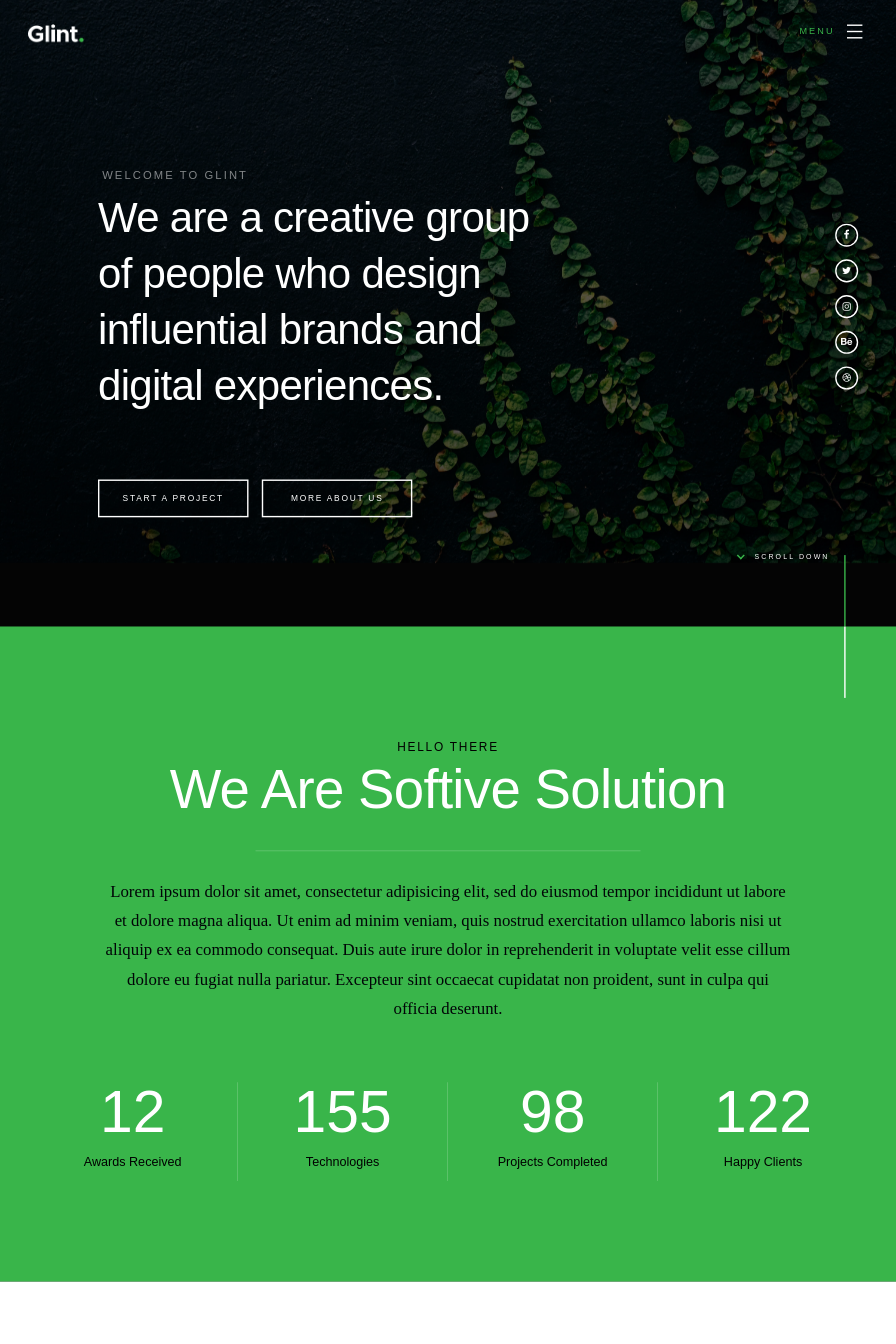
Repository: ahsankalim09/light-Agency
Page: index.html
These files come from the project's save history. The page is drawn as it stood at one moment and after the next save; the edit follows.
The browser window is 1280 px wide. The pictures show the part of the page from y = 0 to 1920 px (the page is 8556 px tall), at 70% of full size.
Some web fonts or font styles are not loaded; a fallback is used.

Above is the page before, as saved 2020-12-27 18:48:15.

### index.html
<!DOCTYPE html>
<!--[if lt IE 9 ]><html class="no-js oldie" lang="en"> <![endif]-->
<!--[if IE 9 ]><html class="no-js oldie ie9" lang="en"> <![endif]-->
<!--[if (gte IE 9)|!(IE)]><!-->
<html class="no-js" lang="en">
<!--<![endif]-->

<!-- Mirrored from preview.colorlib.com/theme/glint/ by HTTrack Website Copier/3.x [XR&CO'2014], Sun, 27 Dec 2020 13:01:51 GMT -->
<head>

<meta charset="utf-8">
<title>Glint</title>
<meta name="description" content="">
<meta name="author" content="">

<meta name="viewport" content="width=device-width, initial-scale=1">

<link rel="stylesheet" href="css/base.css">
<link rel="stylesheet" href="css/vendor.css">
<link rel="stylesheet" href="css/main.css">

<script src="js/modernizr.js"></script>
<script src="js/pace.min.js"></script>

<link rel="shortcut icon" href="favicon.ico" type="image/x-icon">
<link rel="icon" href="favicon.ico" type="image/x-icon">
</head>
<body id="top">

<header class="s-header">
<div class="header-logo">
<a class="site-logo" href="index-2.html">
<img src="images/logo.png" alt="Homepage">
</a>
</div>
<nav class="header-nav">
<a href="#0" class="header-nav__close" title="close"><span>Close</span></a>
<div class="header-nav__content">
<h3>Navigation</h3>
<ul class="header-nav__list">
<li class="current"><a class="smoothscroll" href="#home" title="home">Home</a></li>
<li><a class="smoothscroll" href="#about" title="about">About</a></li>
<li><a class="smoothscroll" href="#services" title="services">Services</a></li>
<li><a class="smoothscroll" href="#works" title="works">Works</a></li>
<li><a class="smoothscroll" href="#clients" title="clients">Clients</a></li>
<li><a class="smoothscroll" href="#contact" title="contact">Contact</a></li>
</ul>
<p>Perspiciatis hic praesentium nesciunt. Et neque a dolorum <a href='#0'>voluptatem</a> porro iusto sequi veritatis libero enim. Iusto id suscipit veritatis neque reprehenderit.</p>
<ul class="header-nav__social">
<li>
<a href="#"><i class="fa fa-facebook"></i></a>
</li>
<li>
<a href="#"><i class="fa fa-twitter"></i></a>
</li>
<li>
<a href="#"><i class="fa fa-instagram"></i></a>
</li>
<li>
<a href="#"><i class="fa fa-behance"></i></a>
</li>
<li>
<a href="#"><i class="fa fa-dribbble"></i></a>
</li>
</ul>
</div>
</nav>
<a class="header-menu-toggle" href="#0">
<span class="header-menu-text">Menu</span>
<span class="header-menu-icon"></span>
</a>
</header>

<section id="home" class="s-home target-section" data-parallax="scroll" data-image-src="images/hero-bg.jpg" data-natural-width=3000 data-natural-height=2000 data-position-y=center>
<div class="overlay"></div>
<div class="shadow-overlay"></div>
<div class="home-content">
<div class="row home-content__main">
<h3>Welcome to Glint</h3>
<h1>
We are a creative group <br>
of people who design <br>
influential brands and <br>
digital experiences.
</h1>
<div class="home-content__buttons">
<a href="#contact" class="smoothscroll btn btn--stroke">
Start a Project
</a>
<a href="#about" class="smoothscroll btn btn--stroke">
More About Us
</a>
</div>
</div>
<div class="home-content__scroll">
<a href="#about" class="scroll-link smoothscroll">
<span>Scroll Down</span>
</a>
</div>
<div class="home-content__line"></div>
</div>
<ul class="home-social">
<li>
<a href="#0"><i class="fa fa-facebook" aria-hidden="true"></i><span>Facebook</span></a>
</li>
<li>
<a href="#0"><i class="fa fa-twitter" aria-hidden="true"></i><span>Twiiter</span></a>
</li>
<li>
<a href="#0"><i class="fa fa-instagram" aria-hidden="true"></i><span>Instagram</span></a>
</li>
<li>
<a href="#0"><i class="fa fa-behance" aria-hidden="true"></i><span>Behance</span></a>
</li>
<li>
<a href="#0"><i class="fa fa-dribbble" aria-hidden="true"></i><span>Dribbble</span></a>
</li>
</ul>

</section>

<section id='about' class="s-about">
<div class="row section-header has-bottom-sep" data-aos="fade-up">
<div class="col-full">
<h3 class="subhead subhead--dark">Hello There</h3>
<h1 class="display-1 display-1--light">We Are <span>Softive Solution</span></h1>
</div>
</div>
<div class="row about-desc" data-aos="fade-up">
<div class="col-full">
<p>
Lorem ipsum dolor sit amet, consectetur adipisicing elit, sed do eiusmod tempor incididunt ut labore et dolore magna aliqua. Ut enim ad minim veniam, quis nostrud exercitation ullamco laboris nisi ut aliquip ex ea commodo consequat. Duis aute irure dolor in reprehenderit in voluptate velit esse cillum dolore eu fugiat nulla pariatur. Excepteur sint occaecat cupidatat non proident, sunt in culpa qui officia deserunt.
</p>
</div>
</div>
<div class="row about-stats stats block-1-4 block-m-1-2 block-mob-full" data-aos="fade-up">
<div class="col-block stats__col ">
<div class="stats__count">12</div>
<h5>Awards Received</h5>
</div>
<div class="col-block stats__col">
<div class="stats__count">155</div>
<h5>Technologies</h5>
</div>
<div class="col-block stats__col">
<div class="stats__count">98</div>
<h5>Projects Completed</h5>
</div>
<div class="col-block stats__col">
<div class="stats__count">122</div>
<h5>Happy Clients</h5>
</div>
</div>
<div class="about__line"></div>
</section>

<section id='services' class="s-services">
<div class="row section-header has-bottom-sep" data-aos="fade-up">
<div class="col-full">
<h3 class="subhead">What We Do</h3>
<h1 class="display-2">We’ve got everything you need to launch and grow your business</h1>
</div>
</div>
<div class="row services-list block-1-2 block-tab-full">
<div class="col-block service-item" data-aos="fade-up">
<div class="service-icon">
<i class="icon-paint-brush"></i>
</div>
<div class="service-text">
<h3 class="h2">Brand Identity</h3>
<p>Nemo cupiditate ab quibusdam quaerat impedit magni. Earum suscipit ipsum laudantium.
Quo delectus est. Maiores voluptas ab sit natus veritatis ut. Debitis nulla cumque veritatis.
Sunt suscipit voluptas ipsa in tempora esse soluta sint.
</p>
</div>
</div>
<div class="col-block service-item" data-aos="fade-up">
<div class="service-icon">
<i class="icon-group"></i>
</div>
<div class="service-text">
<h3 class="h2">Illustration</h3>
<p>Nemo cupiditate ab quibusdam quaerat impedit magni. Earum suscipit ipsum laudantium.
Quo delectus est. Maiores voluptas ab sit natus veritatis ut. Debitis nulla cumque veritatis.
Sunt suscipit voluptas ipsa in tempora esse soluta sint.
</p>
</div>
</div>
<div class="col-block service-item" data-aos="fade-up">
<div class="service-icon">
<i class="icon-megaphone"></i>
</div>
<div class="service-text">
<h3 class="h2">Marketing</h3>
<p>Nemo cupiditate ab quibusdam quaerat impedit magni. Earum suscipit ipsum laudantium.
Quo delectus est. Maiores voluptas ab sit natus veritatis ut. Debitis nulla cumque veritatis.
Sunt suscipit voluptas ipsa in tempora esse soluta sint.
</p>
</div>
</div>
<div class="col-block service-item" data-aos="fade-up">
<div class="service-icon">
<i class="icon-earth"></i>
</div>
<div class="service-text">
<h3 class="h2">Web Design</h3>
<p>Nemo cupiditate ab quibusdam quaerat impedit magni. Earum suscipit ipsum laudantium.
Quo delectus est. Maiores voluptas ab sit natus veritatis ut. Debitis nulla cumque veritatis.
Sunt suscipit voluptas ipsa in tempora esse soluta sint.
</p>
</div>
</div>
<div class="col-block service-item" data-aos="fade-up">
<div class="service-icon">
<i class="icon-cube"></i>
</div>
<div class="service-text">
<h3 class="h2">Packaging Design</h3>
<p>Nemo cupiditate ab quibusdam quaerat impedit magni. Earum suscipit ipsum laudantium.
Quo delectus est. Maiores voluptas ab sit natus veritatis ut. Debitis nulla cumque veritatis.
Sunt suscipit voluptas ipsa in tempora esse soluta sint.
</p>
</div>
</div>
<div class="col-block service-item" data-aos="fade-up">
<div class="service-icon"><i class="icon-lego-block"></i></div>
<div class="service-text">
<h3 class="h2">Web Development</h3>
<p>Nemo cupiditate ab quibusdam quaerat impedit magni. Earum suscipit ipsum laudantium.
Quo delectus est. Maiores voluptas ab sit natus veritatis ut. Debitis nulla cumque veritatis.
Sunt suscipit voluptas ipsa in tempora esse soluta sint.
</p>
</div>
</div>
</div>
</section>

<section id='works' class="s-works">
<div class="intro-wrap">
<div class="row section-header has-bottom-sep light-sep" data-aos="fade-up">
<div class="col-full">
<h3 class="subhead">Recent Works</h3>
<h1 class="display-2 display-2--light">We love what we do, check out some of our latest works</h1>
</div>
</div>
</div>
<div class="row works-content">
<div class="col-full masonry-wrap">
<div class="masonry">
<div class="masonry__brick" data-aos="fade-up">
<div class="item-folio">
<div class="item-folio__thumb">
<a href="images/portfolio/gallery/g-shutterbug.jpg" class="thumb-link" title="Shutterbug" data-size="1050x700">
<img src="images/portfolio/lady-shutterbug.jpg" srcset="images/portfolio/lady-shutterbug.jpg 1x, images/portfolio/lady-shutterbug@2x.jpg 2x" alt="">
</a>
</div>
<div class="item-folio__text">
<h3 class="item-folio__title">
Shutterbug
</h3>
<p class="item-folio__cat">
Branding
</p>
</div>
<a href="https://www.behance.net/" class="item-folio__project-link" title="Project link">
<i class="icon-link"></i>
</a>
<div class="item-folio__caption">
<p>Vero molestiae sed aut natus excepturi. Et tempora numquam. Temporibus iusto quo.Unde dolorem corrupti neque nisi.</p>
</div>
</div>
</div>
<div class="masonry__brick" data-aos="fade-up">
<div class="item-folio">
<div class="item-folio__thumb">
<a href="images/portfolio/gallery/g-woodcraft.jpg" class="thumb-link" title="Woodcraft" data-size="1050x700">
<img src="images/portfolio/woodcraft.jpg" srcset="images/portfolio/woodcraft.jpg 1x, images/portfolio/woodcraft@2x.jpg 2x" alt="">
</a>
</div>
<div class="item-folio__text">
<h3 class="item-folio__title">
Woodcraft
</h3>
<p class="item-folio__cat">
Web Design
</p>
</div>
<a href="https://www.behance.net/" class="item-folio__project-link" title="Project link">
<i class="icon-link"></i>
</a>
<div class="item-folio__caption">
<p>Vero molestiae sed aut natus excepturi. Et tempora numquam. Temporibus iusto quo.Unde dolorem corrupti neque nisi.</p>
</div>
</div>
</div>
<div class="masonry__brick" data-aos="fade-up">
<div class="item-folio">
<div class="item-folio__thumb">
<a href="images/portfolio/gallery/g-beetle.jpg" class="thumb-link" title="The Beetle Car" data-size="1050x700">
<img src="images/portfolio/the-beetle.jpg" srcset="images/portfolio/the-beetle.jpg 1x, images/portfolio/the-beetle@2x.jpg 2x" alt="">
</a>
</div>
<div class="item-folio__text">
<h3 class="item-folio__title">
The Beetle
</h3>
<p class="item-folio__cat">
Web Development
</p>
</div>
<a href="https://www.behance.net/" class="item-folio__project-link" title="Project link">
<i class="icon-link"></i>
</a>
<div class="item-folio__caption">
<p>Vero molestiae sed aut natus excepturi. Et tempora numquam. Temporibus iusto quo.Unde dolorem corrupti neque nisi.</p>
</div>
</div>
</div>
<div class="masonry__brick" data-aos="fade-up">
<div class="item-folio">
<div class="item-folio__thumb">
<a href="images/portfolio/gallery/g-grow-green.jpg" class="thumb-link" title="Grow Green" data-size="1050x700">
<img src="images/portfolio/grow-green.jpg" srcset="images/portfolio/grow-green.jpg 1x, images/portfolio/grow-green@2x.jpg 2x" alt="">
</a>
</div>
<div class="item-folio__text">
<h3 class="item-folio__title">
Grow Green
</h3>
<p class="item-folio__cat">
Branding
</p>
</div>
<a href="https://www.behance.net/" class="item-folio__project-link" title="Project link">
<i class="icon-link"></i>
</a>
<div class="item-folio__caption">
<p>Vero molestiae sed aut natus excepturi. Et tempora numquam. Temporibus iusto quo.Unde dolorem corrupti neque nisi.</p>
</div>
</div>
</div>
<div class="masonry__brick" data-aos="fade-up">
<div class="item-folio">
<div class="item-folio__thumb">
<a href="images/portfolio/gallery/g-guitarist.jpg" class="thumb-link" title="Guitarist" data-size="1050x700">
<img src="images/portfolio/guitarist.jpg" srcset="images/portfolio/guitarist.jpg 1x, images/portfolio/guitarist@2x.jpg 2x" alt="">
</a>
</div>
<div class="item-folio__text">
<h3 class="item-folio__title">
Guitarist
</h3>
<p class="item-folio__cat">
Web Design
</p>
</div>
<a href="https://www.behance.net/" class="item-folio__project-link" title="Project link">
<i class="icon-link"></i>
</a>
<div class="item-folio__caption">
<p>Vero molestiae sed aut natus excepturi. Et tempora numquam. Temporibus iusto quo.Unde dolorem corrupti neque nisi.</p>
</div>
</div>
</div>
<div class="masonry__brick" data-aos="fade-up">
<div class="item-folio">
<div class="item-folio__thumb">
<a href="images/portfolio/gallery/g-palmeira.jpg" class="thumb-link" title="Palmeira" data-size="1050x700">
<img src="images/portfolio/palmeira.jpg" srcset="images/portfolio/palmeira.jpg 1x, images/portfolio/palmeira@2x.jpg 2x" alt="">
 </a>
</div>
<div class="item-folio__text">
<h3 class="item-folio__title">
Palmeira
</h3>
<p class="item-folio__cat">
Web Design
</p>
</div>
<a href="https://www.behance.net/" class="item-folio__project-link" title="Project link">
<i class="icon-link"></i>
</a>
<div class="item-folio__caption">
<p>Vero molestiae sed aut natus excepturi. Et tempora numquam. Temporibus iusto quo.Unde dolorem corrupti neque nisi.</p>
</div>
</div>
</div>
</div>
</div>
</div>
</section>

<section id="clients" class="s-clients">
<div class="row section-header" data-aos="fade-up">
<div class="col-full">
<h3 class="subhead">Our Clients</h3>
<h1 class="display-2">Glint has been honored to
partner up with these clients</h1>
</div>
</div>
<div class="row clients-outer" data-aos="fade-up">
<div class="col-full">
<div class="clients">
<a href="#0" title="" class="clients__slide"><img src="images/clients/apple.png" /></a>
<a href="#0" title="" class="clients__slide"><img src="images/clients/atom.png" /></a>
<a href="#0" title="" class="clients__slide"><img src="images/clients/blackberry.png" /></a>
<a href="#0" title="" class="clients__slide"><img src="images/clients/dropbox.png" /></a>
<a href="#0" title="" class="clients__slide"><img src="images/clients/envato.png" /></a>
<a href="#0" title="" class="clients__slide"><img src="images/clients/firefox.png" /></a>
<a href="#0" title="" class="clients__slide"><img src="images/clients/joomla.png" /></a>
<a href="#0" title="" class="clients__slide"><img src="images/clients/magento.png" /></a>
</div>
</div>
</div>
<div class="row clients-testimonials" data-aos="fade-up">
<div class="col-full">
<div class="testimonials">
<div class="testimonials__slide">
<p>Qui ipsam temporibus quisquam vel. Maiores eos cumque distinctio nam accusantium ipsum.
Laudantium quia consequatur molestias delectus culpa facere hic dolores aperiam. Accusantium quos qui praesentium corpori.
Excepturi nam cupiditate culpa doloremque deleniti repellat.</p>
<img src="images/avatars/user-01.jpg" alt="Author image" class="testimonials__avatar">
<div class="testimonials__info">
<span class="testimonials__name">Tim Cook</span>
<span class="testimonials__pos">CEO, Apple</span>
</div>
</div>
<div class="testimonials__slide">
<p>Excepturi nam cupiditate culpa doloremque deleniti repellat. Veniam quos repellat voluptas animi adipisci.
Nisi eaque consequatur. Quasi voluptas eius distinctio. Atque eos maxime. Qui ipsam temporibus quisquam vel.</p>
<img src="images/avatars/user-05.jpg" alt="Author image" class="testimonials__avatar">
<div class="testimonials__info">
<span class="testimonials__name">Sundar Pichai</span>
<span class="testimonials__pos">CEO, Google</span>
</div>
</div>
<div class="testimonials__slide">
<p>Repellat dignissimos libero. Qui sed at corrupti expedita voluptas odit. Nihil ea quia nesciunt. Ducimus aut sed ipsam.
Autem eaque officia cum exercitationem sunt voluptatum accusamus. Quasi voluptas eius distinctio.</p>
<img src="images/avatars/user-02.jpg" alt="Author image" class="testimonials__avatar">
<div class="testimonials__info">
<span class="testimonials__name">Satya Nadella</span>
<span class="testimonials__pos">CEO, Microsoft</span>
</div>
</div>
</div>
</div>
</div>
</section>

<section id="contact" class="s-contact">
<div class="overlay"></div>
<div class="contact__line"></div>
<div class="row section-header" data-aos="fade-up">
<div class="col-full">
<h3 class="subhead">Contact Us</h3>
<h1 class="display-2 display-2--light">Reach out for a new project or just say hello</h1>
</div>
</div>
<div class="row contact-content" data-aos="fade-up">
<div class="contact-primary">
<h3 class="h6">Send Us A Message</h3>
<form name="contactForm" id="contactForm" method="post" action="#" novalidate="novalidate">
<fieldset>
<div class="form-field">
<input name="contactName" type="text" id="contactName" placeholder="Your Name" value="" minlength="2" required="" aria-required="true" class="full-width">
</div>
<div class="form-field">
<input name="contactEmail" type="email" id="contactEmail" placeholder="Your Email" value="" required="" aria-required="true" class="full-width">
</div>
<div class="form-field">
<input name="contactSubject" type="text" id="contactSubject" placeholder="Subject" value="" class="full-width">
</div>
<div class="form-field">
<textarea name="contactMessage" id="contactMessage" placeholder="Your Message" rows="10" cols="50" required="" aria-required="true" class="full-width"></textarea>
</div>
<div class="form-field">
<button class="full-width btn--primary">Submit</button>
<div class="submit-loader">
<div class="text-loader">Sending...</div>
<div class="s-loader">
<div class="bounce1"></div>
<div class="bounce2"></div>
<div class="bounce3"></div>
</div>
</div>
</div>
</fieldset>
</form>

<div class="message-warning">
Something went wrong. Please try again.
</div>

 <div class="message-success">
Your message was sent, thank you!<br>
</div>
</div>
<div class="contact-secondary">
<div class="contact-info">
<h3 class="h6 hide-on-fullwidth">Contact Info</h3>
<div class="cinfo">
<h5>Where to Find Us</h5>
<p>
1600 Amphitheatre Parkway<br>
Mountain View, CA<br>
94043 US
</p>
</div>
<div class="cinfo">
<h5>Email Us At</h5>
<p>
<a href="https://preview.colorlib.com/cdn-cgi/l/email-protection" class="__cf_email__" data-cfemail="15767a7b617476615572797c7b61667c61703b767a78">[email&#160;protected]</a><br>
<a href="https://preview.colorlib.com/cdn-cgi/l/email-protection" class="__cf_email__" data-cfemail="4e272028210e292227203a3d273a2b602d2123">[email&#160;protected]</a>
</p>
</div>
<div class="cinfo">
<h5>Call Us At</h5>
<p>
Phone: (+63) 555 1212<br>
Mobile: (+63) 555 0100<br>
Fax: (+63) 555 0101
</p>
</div>
<ul class="contact-social">
<li>
<a href="#"><i class="fa fa-facebook" aria-hidden="true"></i></a>
</li>
<li>
<a href="#"><i class="fa fa-twitter" aria-hidden="true"></i></a>
</li>
<li>
<a href="#"><i class="fa fa-instagram" aria-hidden="true"></i></a>
</li>
<li>
<a href="#"><i class="fa fa-behance" aria-hidden="true"></i></a>
</li>
<li>
<a href="#"><i class="fa fa-dribbble" aria-hidden="true"></i></a>
</li>
</ul>
</div>
</div>
</div>
</section>

<footer>
<div class="row footer-main">
<div class="col-six tab-full left footer-desc">
<div class="footer-logo"></div>
Proin eget tortor risus. Mauris blandit aliquet elit, eget tincidunt nibh pulvinar a. Praesent sapien massa, convallis a pellentesque nec, egestas non nisi. Mauris blandit aliquet elit, eget tincidunt nibh pulvinar a. Nulla porttitor accumsan tincidunt. Nulla porttitor accumsan tincidunt. Quaerat voluptas autem necessitatibus vitae aut.
</div>
<div class="col-six tab-full right footer-subscribe">
<h4>Get Notified</h4>
<p>Quia quo qui sed odit. Quaerat voluptas autem necessitatibus vitae aut non alias sed quia. Ut itaque enim optio ut excepturi deserunt iusto porro.</p>
<div class="subscribe-form">
<form id="mc-form" class="group" novalidate="true">
<input type="email" value="" name="EMAIL" class="email" id="mc-email" placeholder="Email Address" required="">
<input type="submit" name="subscribe" value="Subscribe">
<label for="mc-email" class="subscribe-message"></label>
</form>
</div>
</div>
</div>
<div class="row footer-bottom">
<div class="col-twelve">
<div class="copyright">
<span>© Copyright Glint 2017</span>
<span>Site Template by <a href="https://www.colorlib.com/">Colorlib</a></span>
</div>
<div class="go-top">
<a class="smoothscroll" title="Back to Top" href="#top"><i class="icon-arrow-up" aria-hidden="true"></i></a>
</div>
</div>
</div>
</footer>

<div aria-hidden="true" class="pswp" role="dialog" tabindex="-1">
<div class="pswp__bg"></div>
<div class="pswp__scroll-wrap">
<div class="pswp__container">
<div class="pswp__item"></div>
<div class="pswp__item"></div>
<div class="pswp__item"></div>
</div>
<div class="pswp__ui pswp__ui--hidden">
<div class="pswp__top-bar">
<div class="pswp__counter"></div><button class="pswp__button pswp__button--close" title="Close (Esc)"></button> <button class="pswp__button pswp__button--share" title="Share"></button> <button class="pswp__button pswp__button--fs" title="Toggle fullscreen"></button> <button class="pswp__button pswp__button--zoom" title="Zoom in/out"></button>
<div class="pswp__preloader">
<div class="pswp__preloader__icn">
<div class="pswp__preloader__cut">
<div class="pswp__preloader__donut"></div>
</div>
</div>
</div>
</div>
<div class="pswp__share-modal pswp__share-modal--hidden pswp__single-tap">
<div class="pswp__share-tooltip"></div>
</div><button class="pswp__button pswp__button--arrow--left" title="Previous (arrow left)"></button> <button class="pswp__button pswp__button--arrow--right" title="Next (arrow right)"></button>
<div class="pswp__caption">
<div class="pswp__caption__center"></div>
</div>
</div>
</div>
</div>

<div id="preloader">
<div id="loader">
<div class="line-scale-pulse-out">
<div></div>
<div></div>
<div></div>
<div></div>
<div></div>
</div>
</div>
</div>

<script data-cfasync="false" src="../../cdn-cgi/scripts/5c5dd728/cloudflare-static/email-decode.min.js"></script><script src="js/jquery-3.2.1.min.js"></script>
<script src="js/plugins.js"></script>
<script src="js/main.js"></script>
</body>

<!-- Mirrored from preview.colorlib.com/theme/glint/ by HTTrack Website Copier/3.x [XR&CO'2014], Sun, 27 Dec 2020 13:02:02 GMT -->
</html>

Loaded but not shown: css/base.css (library); css/vendor.css (library); css/main.css (library); js/modernizr.js (library); js/pace.min.js (library); css/font-awesome/css/font-awesome.min.css (library); css/micons/micons.css (library); js/jquery-3.2.1.min.js (library); js/plugins.js (library); js/main.js (library)

After the next save:
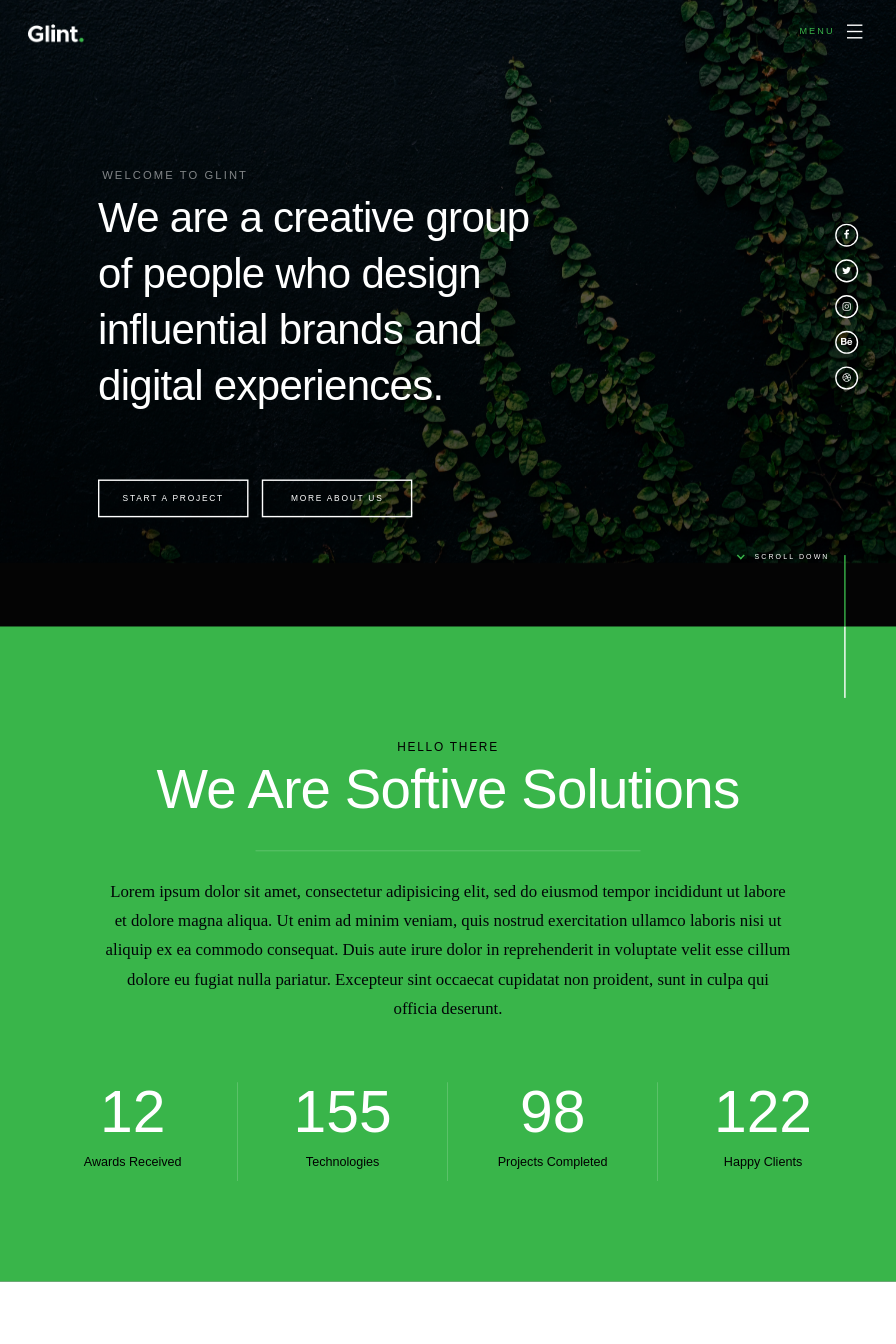
Saved 62 s later.
--- a/index.html
+++ b/index.html
@@ -123,7 +123,7 @@ More About Us
 <div class="row section-header has-bottom-sep" data-aos="fade-up">
 <div class="col-full">
 <h3 class="subhead subhead--dark">Hello There</h3>
-<h1 class="display-1 display-1--light">We Are <span>Softive Solution</span></h1>
+<h1 class="display-1 display-1--light">We Are <span>Softive Solutions</span></h1>
 </div>
 </div>
 <div class="row about-desc" data-aos="fade-up">
